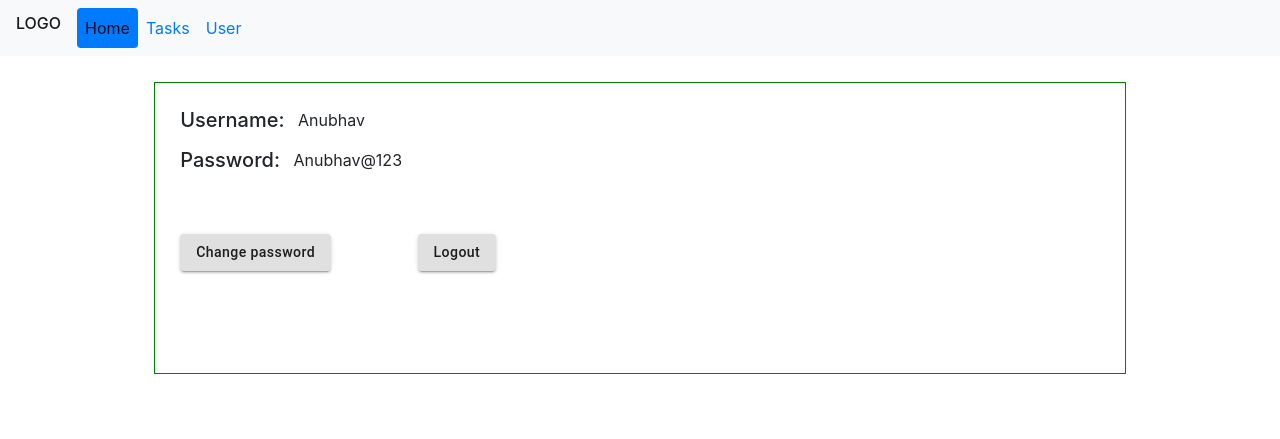
Repository: lalji-yadav/Nimapinfotech-demo-project
Page: /user
These files come from the project's save history. The page is drawn as it stood at one moment and after the next save; the edit follows.
The browser window is 1280 px wide. The pictures show the whole page.
The project was rebuilt for these pictures with package versions that can differ from the ones it lists, and the page was loaded fresh each time. Also part of the build but not shown: src/components/Home.js, src/components/Tasks.js, src/components/Login.js.

Above is the page before, as saved 2021-01-17 21:04:45.

After the next save:
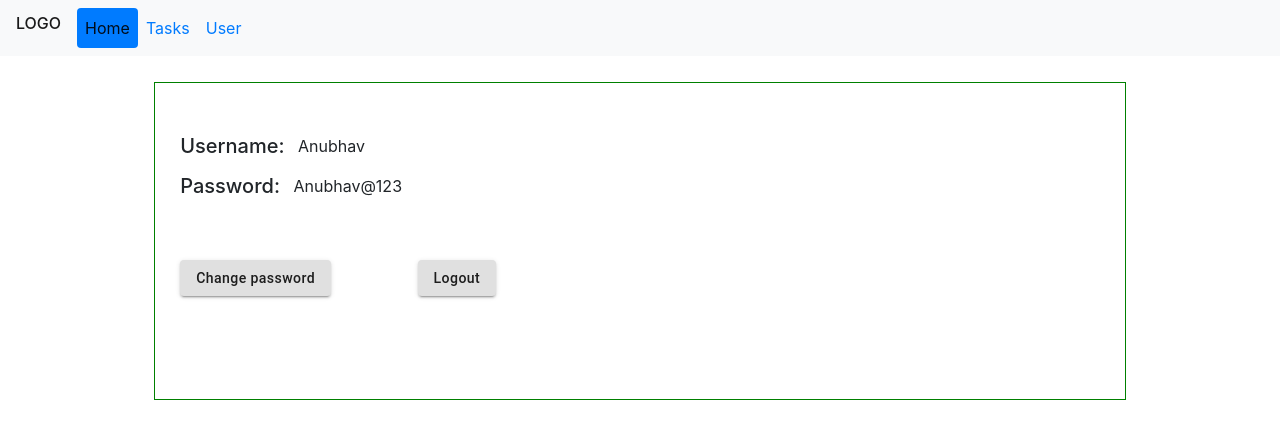
Saved 14 s later.
--- a/src/components/Users.js
+++ b/src/components/Users.js
@@ -23,7 +23,7 @@ const User=()=> {
     }
 
      return (
-            <div style={{margin:"2% 12% 3% 12%", border:"1px solid green", padding:'2% 2% 8% 2%'}}>
+            <div style={{margin:"2% 12% 3% 12%", border:"1px solid green", padding:'4% 2% 8% 2%'}}>
                 {
                     values.text=== 'Change password' ?
                      <div className=" col-sm-5">
